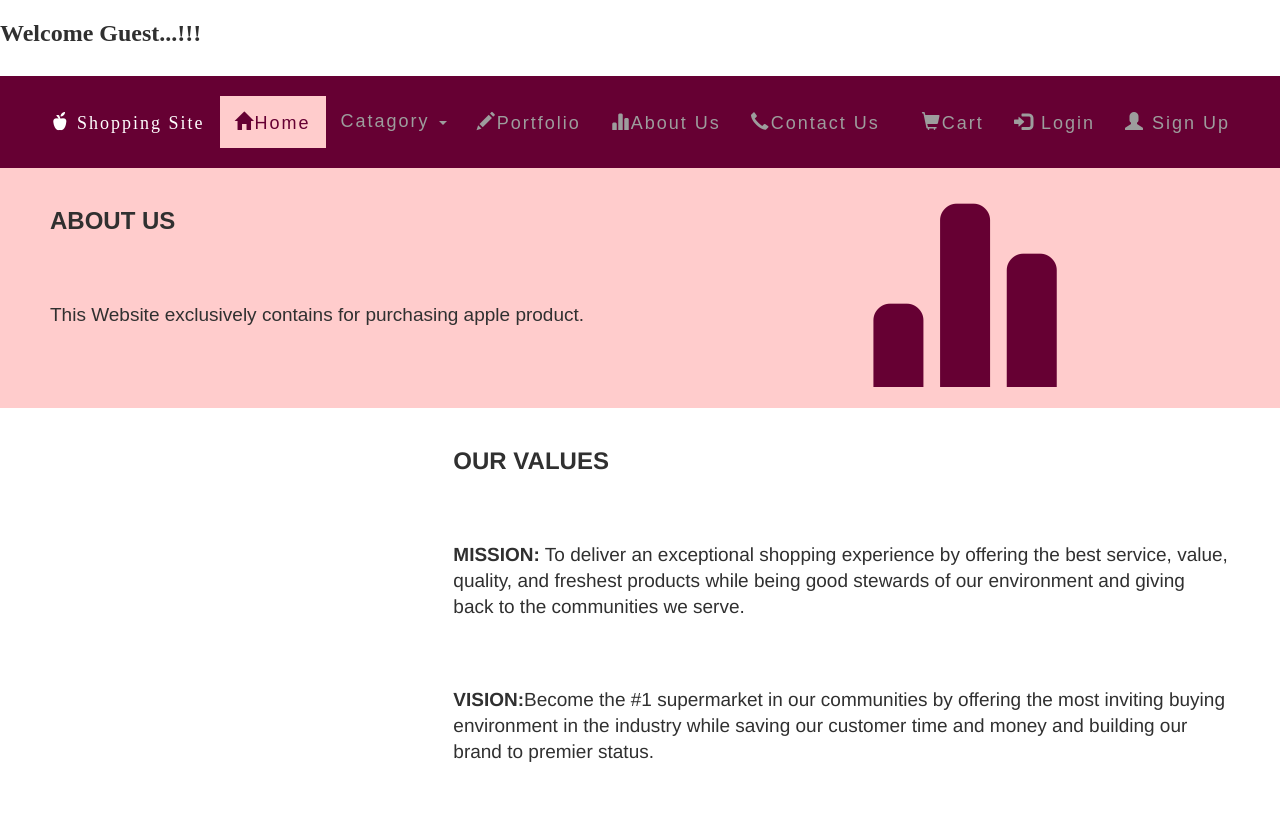
Repository: priyasuthakar/priya
Page: http://localhost/Apple/WEB-INF/views/about.jsp
These files come from the project's save history. The page is drawn as it stood at one moment and after the next save; the edit follows.
The browser window is 1280 px wide. The pictures show the whole page.
The page is served by Tomcat 9. Nobody is signed in. Other server files are loaded and not shown. The template is opened directly, without the code that normally fills it, so the values that code supplies are empty.

Above is the page before, as saved 2016-08-22 08:58:50.

### Apple/src/main/webapp/WEB-INF/views/about.jsp
<%@ page language="java" contentType="text/html; charset=ISO-8859-1"
	pageEncoding="ISO-8859-1"%>
<%@ taglib uri="http://java.sun.com/jsp/jstl/core" prefix="c"%>
<%@ taglib uri="http://www.springframework.org/tags" prefix="spring"%>
<%@ taglib uri="http://www.springframework.org/tags/form" prefix="form"%>
<%@ page session="false"%>
<%@page isELIgnored="false"%>
<%@include file="Header.jsp"%>
<!DOCTYPE html>
<html lang="en">
<head>
<title>My Shopping</title>
<meta charset="utf-8">
<meta name="viewport" content="width=device-width, initial-scale=1">
<link rel="stylesheet"
	href="http://maxcdn.bootstrapcdn.com/bootstrap/3.3.6/css/bootstrap.min.css">
<!-- <link href="http://fonts.googleapis.com/css?family=Montserrat"
	rel="stylesheet" type="text/css">
<link href="http://fonts.googleapis.com/css?family=Lato"
	rel="stylesheet" type="text/css">
 -->
<script
	src="https://ajax.googleapis.com/ajax/libs/jquery/1.12.4/jquery.min.js"></script>
<script
	src="http://maxcdn.bootstrapcdn.com/bootstrap/3.3.6/js/bootstrap.min.js"></script>
<style>
body {
	font: 400 15px Helvetica, sans-serif;
	line-height: 1.8;
	color: #818181;
}

h1 {
	font-size: 24px;
	color: #303030;
	font-weight: 600;
	margin-bottom: 30px;
	font-size: 24px;
}

h2 {
	font-size: 24px;
	text-transform: uppercase;
	color: #303030;
	font-weight: 600;
	margin-bottom: 30px;
}

h4 {
	font-size: 19px;
	line-height: 1.375em;
	color: #303030;
	font-weight: 400;
	margin-bottom: 30px;
}

.bg-grey {
	background-color: #FFCCCC;
	color: black;
	font-family: Montserrat, sans-serif;
}

.logo {
	color: #660033;
	font-size: 200px;
}

.thumbnail {
	padding: 0 0 15px 0;
	border: none;
	border-radius: 0;
}

.thumbnail img {
	width: 100%;
	height: 100%;
	margin-bottom: 10px;
}

.carousel-control.right, .carousel-control.left {
	background-image: none;
	color: #660033;
}

.carousel-indicators li {
	border-color: #660033;
}

.carousel-indicators li.active {
	background-color: #660033;
}

.carousel-inner>.item>img, .carousel-inner>.item>a>img {
	width: 250%;
	margin: auto;
}

.tales {
	width: 200%;
}

.carousel-inner {
	max-height: 600px !important;
}

.item h4 {
	font-size: 19px;
	line-height: 1.375em;
	font-weight: 400;
	font-style: italic;
	margin: 70px 0;
}

.item span {
	font-style: normal;
}

.container-fluid {
	padding: 20px 50px;
}

.navbar {
	margin-bottom: 0;
	background-color: #660033;
	z-index: 9999;
	border: 0;
	font-size: 18px !important;
	line-height: 1.42857143 !important;
	letter-spacing: 2px;
	border-radius: 0;
	font-family: Montserrat, sans-serif;
}

.navbar .navbar-brand {
	color: #FFFFFF !important;
}

.navbar .li a {
	color: #FFF !important;
}

.navbar-nav li a:hover, .navbar-nav li.active a {
	color: #660033 !important;
	background-color: #FFCCCC !important;
}

.navbar-default .navbar-toggle {
	border-color: transparent;
	color: #FFCCCC !important;
}

footer .glyphicon {
	font-size: 24px;
	margin-bottom: 20px;
	color: #660033;
}

.slideanim {
	visibility: hidden;
}

.slide {
	animation-name: slide;
	-webkit-animation-name: slide;
	animation-duration: 1s;
	-webkit-animation-duration: 1s;
	visibility: visible;
}

@media screen and (max-width: 768px) {
	.col-sm-4 {
		text-align: center;
		margin: 25px 0;
	}
	.btn-lg {
		width: 100%;
		margin-bottom: 35px;
	}
}

@media screen and (max-width: 480px) {
	.logo {
		font-size: 150px;
	}
}
</style>

</head>

<body id="myPage" data-spy="scroll" data-target=".navbar"
	data-offset="60">
<!-- Container (About Section) -->
	<div id="about" class="container-fluid bg-grey ">
		<div class="row">
			<div class="col-sm-8">
				<h2>About Us</h2>
				<br>
				<h4>
					<p>This Website exclusively contains for purchasing apple
						product.</p>
				</h4>
			</div>
			<div class="col-sm-4">
				<span class="glyphicon glyphicon-stats logo"></span>
			</div>
		</div>
	</div>

	<div class="container-fluid ">
		<div class="row">
			<div class="col-sm-4">
				<span class="glyphicon glyphicon-globe logo slideanim"></span>
			</div>
			<div class="col-sm-8">
				<h2>Our Values</h2>
				<br>
				<h4>
					<strong>MISSION:</strong> To deliver an exceptional shopping
					experience by offering the best service, value, quality, and
					freshest products while being good stewards of our environment and
					giving back to the communities we serve.
				</h4>
				<br>
				<h4>
					<strong>VISION:</strong>Become the #1 supermarket in our
					communities by offering the most inviting buying environment in the
					industry while saving our customer time and money and building our
					brand to premier status.
				</h4>
			</div>
		</div>
	</div>

	</body>
	</html>

### Apple/src/main/webapp/WEB-INF/views/Header.jsp
<%@ page language="java" contentType="text/html; charset=ISO-8859-1"
	pageEncoding="ISO-8859-1"%>
<%@ taglib uri="http://java.sun.com/jsp/jstl/core" prefix="c"%>
<!DOCTYPE html PUBLIC "-//W3C//DTD HTML 4.01 Transitional//EN" "http://www.w3.org/TR/html4/loose.dtd">
<html>
<head>
<meta http-equiv="Content-Type" content="text/html; charset=ISO-8859-1">
</head>
<body>
	<c:choose>
		<c:when test="${empty loggedInUser}">
			<font face="Harlow Solid Italic"><h1>Welcome Guest...!!!</h1></font>
		</c:when>
		<c:when test="${not empty loggedInUser}">
			<font face="Harlow Solid Italic"><h1>${loggedInUser}</h1></font>
		</c:when>
	</c:choose>
	<nav class="navbar navbar-inverse">
	<div class="container-fluid">
		<div class="navbar-header">
			<a class="navbar-brand"> <span class="glyphicon glyphicon-apple"></span>
				<font face="Script MT Bold"> Shopping Site </font>
			</a>
		</div>
		<ul class="nav navbar-nav">
			<li class="active"><a href="Home"><span
					class="glyphicon glyphicon-home"></span>Home</a></li>
			<li class="dropdown"><a class="dropdown-toggle"
				data-toggle="dropdown" href="#"> Catagory <span class="caret"></span></a>
				<ul class="dropdown-menu">
					<li><a href="product1">Desktop</a></li>
					<li><a href="product1">Laptop</a></li>
					<li><a href="product1">Iphone</a></li>
					<li><a href="product1">Ipad</a></li>
					<li><a href="product1">Ipod</a></li>
					<li><a href="product1">Accessories</a></li>
				</ul></li>
			<li><a href="portfolio"><span
					class="glyphicon glyphicon-pencil"></span>Portfolio</a></li>
			<li><a href="about"><span class="glyphicon glyphicon-stats"></span>About
					Us</a></li>
			<li><a href="contactus"><span
					class="glyphicon glyphicon-earphone"></span>Contact Us</a></li>
		</ul>
		<ul class="nav navbar-nav navbar-right">
			<li><a href="cart"><span
					class="glyphicon glyphicon-shopping-cart"></span>Cart</a></li>
			<c:choose>
				<c:when test="${empty loggedInUser}">
					<li><a href="login"><span
							class="glyphicon glyphicon-log-in"></span> Login</a></li>
					<li><a href="reg"><span class="glyphicon glyphicon-user"></span>
							Sign Up</a></li>
				</c:when>
				<c:when test="${not empty loggedInUser}">
					<li><a href="logout"><span
							class="glyphicon glyphicon-user"></span> Logout</a></li>
				</c:when>
			</c:choose>
		</ul>
	</div>
	</nav>
</body>
</html>

After the next save:
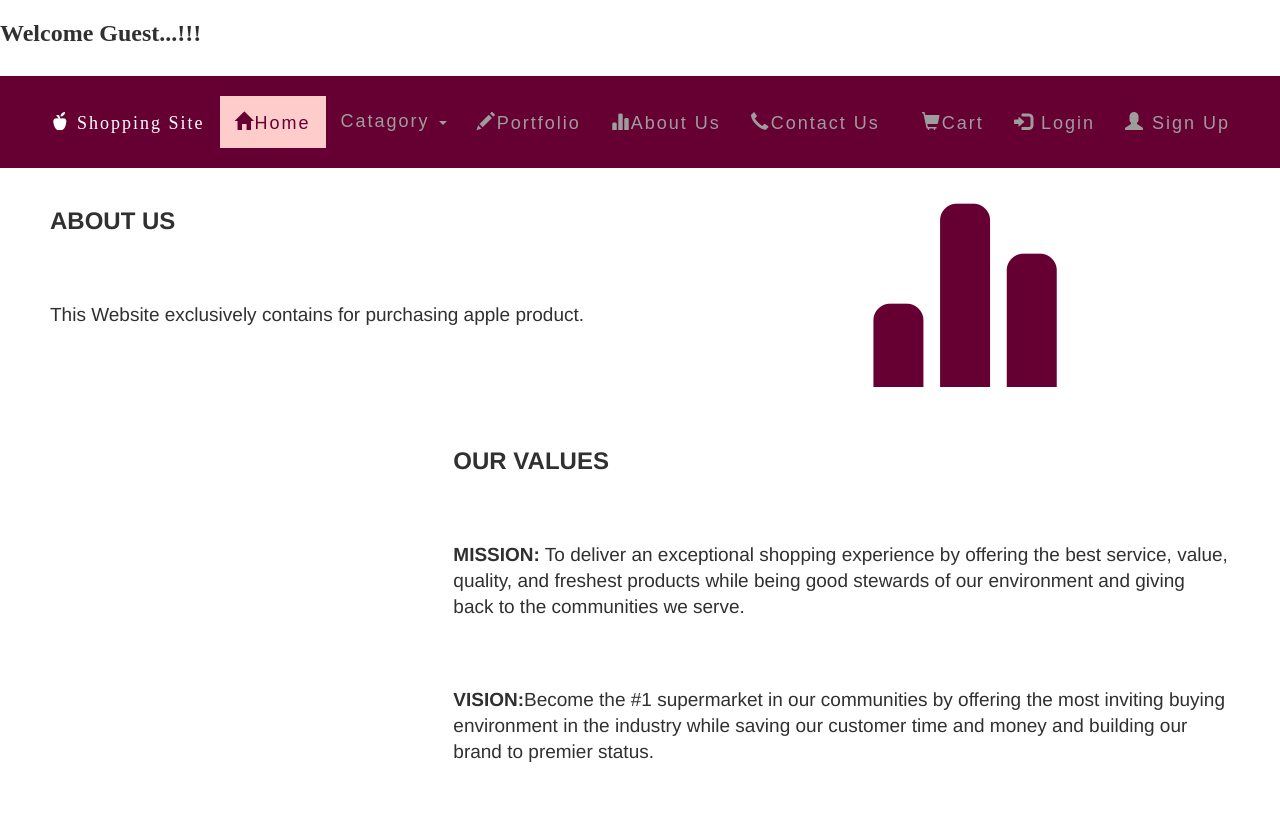
Saved 16 h 21 min later.
--- a/Apple/src/main/webapp/WEB-INF/views/about.jsp
+++ b/Apple/src/main/webapp/WEB-INF/views/about.jsp
@@ -187,10 +187,9 @@ footer .glyphicon {
 
 </head>
 
-<body id="myPage" data-spy="scroll" data-target=".navbar"
-	data-offset="60">
+<body>
 <!-- Container (About Section) -->
-	<div id="about" class="container-fluid bg-grey ">
+	<div id="about" class="container-fluid">
 		<div class="row">
 			<div class="col-sm-8">
 				<h2>About Us</h2>
